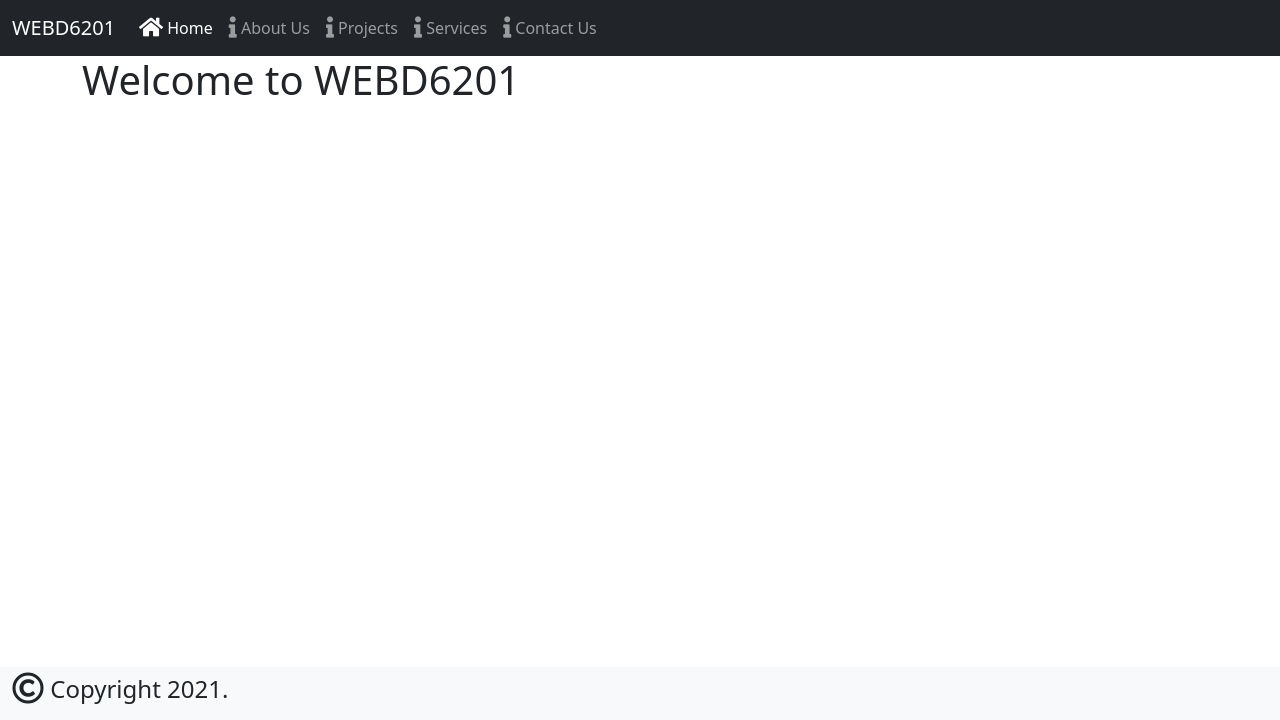
Repository: YiuWingLau/WEBD6201-W2021-Lab1
Page: index.html
These files come from the project's save history. The page is drawn as it stood at one moment and after the next save; the edit follows.
The browser window is 1280 px wide. The pictures show the whole page.

Above is the page before, as saved 2021-02-01 22:59:38.

### index.html
<!DOCTYPE html>
<html lang="en">
<head>
    <meta charset="UTF-8">
    <meta name="viewport" content="width=device-width, initial-scale=1.0">
    <title>Home</title>

    <!--CSS Section -->
    <link rel="stylesheet" href="./node_modules/bootstrap/dist/css/bootstrap.min.css">
    <link rel="stylesheet" href="./node_modules/@fortawesome//fontawesome-free/css/all.min.css">
    <link rel="stylesheet" href="./Content/app.css">
</head>
<body>
    <!-- Main Header-->
    <header>
      <!-- Main Navigation-->
        <nav class="navbar navbar-expand-lg navbar-dark bg-dark">
            <div class="container-fluid">
              <a class="navbar-brand" href="index.html">WEBD6201</a>
              <button class="navbar-toggler" type="button" data-bs-toggle="collapse" data-bs-target="#navbarSupportedContent" aria-controls="navbarSupportedContent" aria-expanded="false" aria-label="Toggle navigation">
                <span class="navbar-toggler-icon"></span>
              </button>
              <div class="collapse navbar-collapse" id="navbarSupportedContent">
                <ul class="navbar-nav me-auto mb-2 mb-lg-0">

                    <li class="nav-item">
                      <a class="nav-link active" aria-current="page" href="index.html"><i class="fas fa-home fa-lg"></i> Home</a>
                    </li>

                    <li class="nav-item">
                      <a class="nav-link" aria-current="page" href="about.html"><i class="fas fa-info fa-lg"></i> About Us</a>
                    </li>
                    <li class="nav-item">
                      <a class="nav-link" aria-current="page" href="projects.html"><i class="fas fa-info fa-lg"></i> Projects</a>
                    </li>
                    <li class="nav-item">
                      <a class="nav-link" aria-current="page" href="services.html"><i class="fas fa-info fa-lg"></i> Services</a>
                    </li>
                    <li class="nav-item">
                      <a class="nav-link" aria-current="page" href="contact.html"><i class="fas fa-info fa-lg"></i> Contact Us</a>
                    </li>
                </ul>
              </div>
            </div>
        </nav>
    </header>
    <!-- Main Content -->
    <main class="container">
        <h1>Welcome to WEBD6201</h1>
        <p id="paragraphOne" class="fs-3"></p>
    </main>
    <!-- Main Footer -->
    <footer>
        <nav class="navbar fixed-bottom navbar-light bg-light">
            <div class="container-fluid">
              <h4><i class="far fa-copyright fa-lg"></i> Copyright 2021.</a></h4>
            </div>
        </nav>
    </footer>
    <!-- JavaScript Section -->
    <script src="./node_modules/jquery/dist/jquery.min.js"></script>
    <script src="./node_modules/bootstrap/dist/js/bootstrap.bundle.min.js"></script>
    <script src="./Scripts/app.js"></script>
</body>
</html>

### Scripts/app.js
/* custom JavaScript goes here */

//IIFE - Immediately Invoked Function Expression
//AKA - Anonymous Self-Executing Function
//Closure - limits scope leak

(function()
{
    function Start()
    {
        console.log("App Started...");
    }

    window.addEventListener("load", Start);

})();

Loaded but not shown: node_modules/bootstrap/dist/css/bootstrap.min.css (library); node_modules/@fortawesome/fontawesome-free/css/all.min.css (library); node_modules/jquery/dist/jquery.min.js (library); node_modules/bootstrap/dist/js/bootstrap.bundle.min.js (library); Content/app.css (no stored copy; drawn as an empty file)

After the next save:
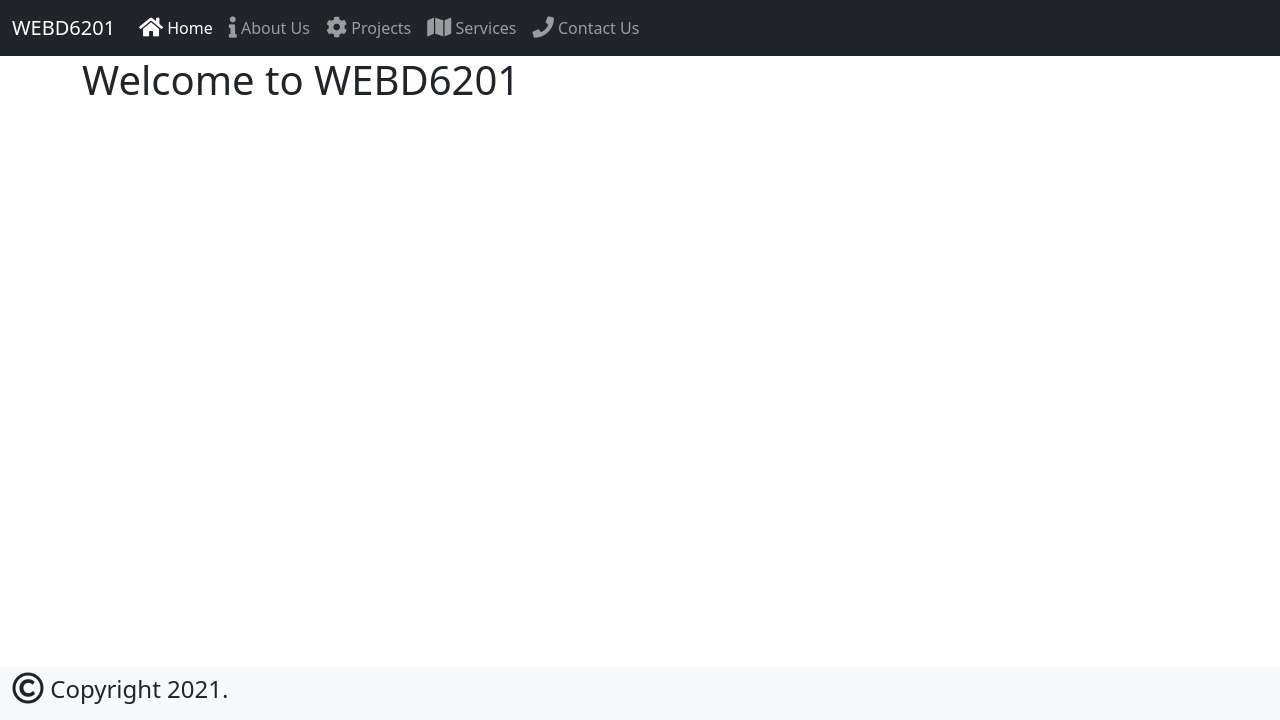
Saved 2 h 21 min later.
--- a/index.html
+++ b/index.html
@@ -31,13 +31,13 @@
                       <a class="nav-link" aria-current="page" href="about.html"><i class="fas fa-info fa-lg"></i> About Us</a>
                     </li>
                     <li class="nav-item">
-                      <a class="nav-link" aria-current="page" href="projects.html"><i class="fas fa-info fa-lg"></i> Projects</a>
+                      <a class="nav-link" aria-current="page" href="projects.html"><i class="fas fa-cog fa-lg"></i> Projects</a>
                     </li>
                     <li class="nav-item">
-                      <a class="nav-link" aria-current="page" href="services.html"><i class="fas fa-info fa-lg"></i> Services</a>
+                      <a class="nav-link" aria-current="page" href="services.html"><i class="fas fa-map fa-lg"></i> Services</a>
                     </li>
                     <li class="nav-item">
-                      <a class="nav-link" aria-current="page" href="contact.html"><i class="fas fa-info fa-lg"></i> Contact Us</a>
+                      <a class="nav-link" aria-current="page" href="contact.html"><i class="fas fa-phone fa-lg"></i> Contact Us</a>
                     </li>
                 </ul>
               </div>
